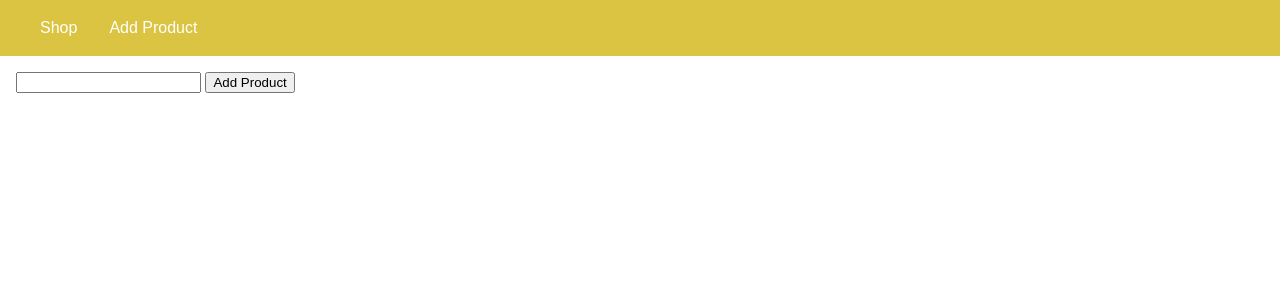
Repository: Hardyy00/NodeJS
Page: http://localhost/add-products
These files come from the project's save history. The page is drawn as it stood at one moment and after the next save; the edit follows.
The browser window is 1280 px wide. The pictures show the whole page.
The page is served by the project's Node server (app.js).

Above is the page before, as saved 2024-01-06 15:56:14.

After the next save:
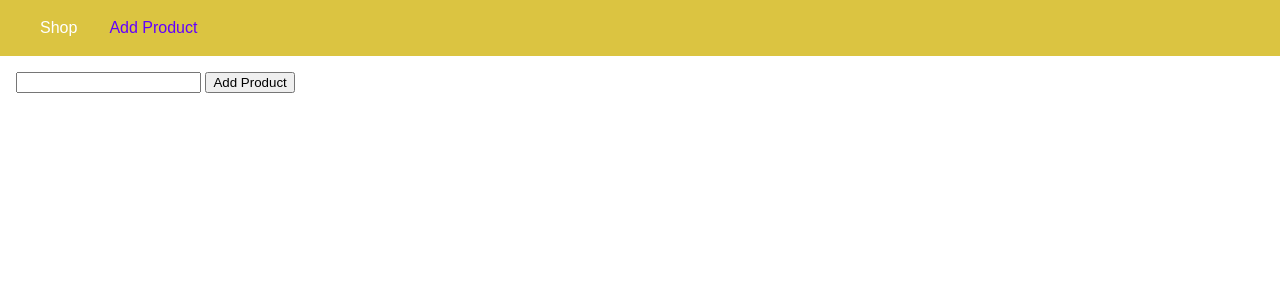
Saved 76 s later.
--- a/Dynamic-Routes-And-Advanced-Models/views/add-product.html
+++ b/Dynamic-Routes-And-Advanced-Models/views/add-product.html
@@ -58,7 +58,7 @@
         <ul class="main-header__item__list">
           <li class="main-header__item"><a href="/">Shop</a></li>
           <li class="main-header__item">
-            <a href="/add-products">Add Product</a>
+            <a href="/add-products" class="active">Add Product</a>
           </li>
         </ul>
       </nav>
